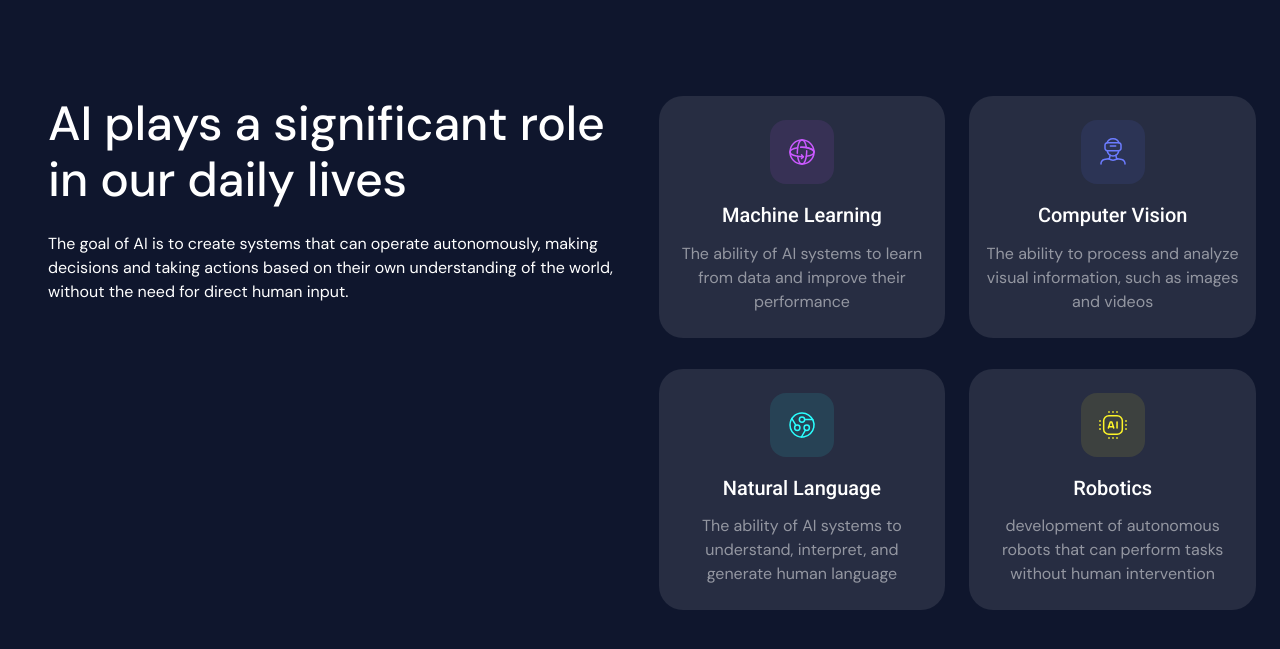
Repository: alphatra/INVO-Academy
Page: / (app in [lvl 1] Sekcja 4 obszarów AI/Starter-code/)
An editor plug-in stored every save of this project. The page is shown before and after a run of saves, followed by the edit.
The browser window is 1280 px wide. The pictures show the whole page.
The project was rebuilt for these pictures with package versions that can differ from the ones it lists, and the page was loaded fresh each time.

Above is the page before, as saved 2023-02-24 15:56:50.
Console error: TypeError: Cannot read properties of null (reading 'addEventListener')

### [lvl 1] Sekcja 4 obszarów AI/Starter-code/index.html
<!DOCTYPE html>
<html lang="en">

<head>
  <meta charset="UTF-8" />
  <link rel="icon" type="image/svg+xml" href="/vite.svg" />
  <meta name="viewport" content="width=device-width, initial-scale=1.0" />
  <title>INVO Academy JS Starter with Vite</title>
</head>

<!-- In order to start your challenge, remove all the content inside <div id="home-page"></div> and start coding :) -->

<body>
  <main>
    <section class="header">
      <div class="header__text">
        <h1>AI plays a significant role in our daily lives</h1>
        <span>The goal of AI is to create systems that can operate
          autonomously, making decisions and taking actions based on
          their own understanding of the world, without the need for direct human input.</span>
      </div>
    </section>

    <section class="categories">

      <div class="categories__category">
        <div class="categories__image">
          <img src="/public/images/ML.svg" alt="Machine Learning">
        </div>
        <h4>Machine Learning</h4>
        <span>The ability of AI systems to learn from data and improve their performance</span>
      </div>
      <div class="categories__category">
        <div class="categories__image">
          <img src="/public/images/CV.svg" alt="Computer Vision">
        </div>
        <h4>Computer Vision</h4>
        <span>The ability to process and analyze visual information, such as images and videos</span>
      </div>
      <div class="categories__category">
        <div class="categories__image">
          <img src="/public/images/NL.svg" alt="Natural Language">
        </div>
        <h4>Natural Language</h4>
        <span> The ability of AI systems to understand, interpret, and generate human language</span>
      </div>
      <div class="categories__category">
        <div class="categories__image">
          <img src="/public/images/AI.svg" alt="Robotics">
        </div>
        <h4>Robotics</h4>
        <span>development of autonomous robots that can perform tasks without human intervention</span>
      </div>
    </section>
  </main>


  <script type="module" src="/src/global-scripts/main.js"></script>
  <script type="module" src="/src/pages/home-page/scripts/home-page.js"></script>
</body>

</html>

### [lvl 1] Sekcja 4 obszarów AI/Starter-code/src/pages/home-page/scripts/home-page.js
/// Homepage JavaScript File
/// Here we import all the JavaScript files we need for our homepage.

import '../styles/home-page.scss'

import { setupCounter } from '../../../global-scripts/scripts/counter/counter.js'

setupCounter(document.querySelector('#counter'))

### [lvl 1] Sekcja 4 obszarów AI/Starter-code/src/global-styles/style.scss
/// Main Styles File
/// Here we import all the global Styles files we need for our project.

@import "styles/normalize.scss";
@import "styles/root.scss";
@import "styles/fonts.scss";

body {
  font-family: 'Roboto', sans-serif;
  color: var(--color-primary);
}

p {
  color: var(--color-on-surface);
}

### [lvl 1] Sekcja 4 obszarów AI/Starter-code/src/pages/home-page/styles/home-page.scss
    /// Homepage Styles File
    /// Here we import all the Styles files we need for our Homepage.

    body {
        background-color: #0F162D;
    }

    h1,
    p,
    span {
        font-family: 'DM Sans', sans-serif;
        color: white;
    }

    main {
        margin-top: 6em;
        padding: 0 24px;
        display: flex;
        align-items: flex-start;

    }

    .header {
        &__text {
            padding: 0 24px;
            h1 {
                margin-block-start: 0;
                font-size: 48px;
                line-height: 56px;
                font-weight: 500;
                letter-spacing: -0.002em;
                margin-bottom: 24px
            }

            span {
                font-size: 16px;
                line-height: 24px;
                font-weight: 400;
            }

        }
    }

    .categories {
        display: grid;
        grid-template-columns: repeat(2, 1fr) ;
        column-gap: 24px;
        row-gap: 31px;
        text-align: center;

        &__category {
            background: #272D42;
            border-radius: 24px;
            color: white;
            padding-top: 24px;
            padding-bottom: 24px;
            padding-left: 16px;
            padding-right: 16px;

            *{
            }

            h4 {
                font-size: 20px;
                line-height: 0px;
                font-weight: 500;
            }

            span {
                font-size: 16px;
                line-height: 24px;
                font-weight: 400;
                opacity: 0.5;
            }
        }
    }

### [lvl 1] Sekcja 4 obszarów AI/Starter-code/src/global-scripts/scripts/counter/counter.js
/// Sample js file for demo purposes
/// Remember to always export your functions
/// so that they can be used in other files

export function setupCounter(element) {
  let counter = 0
  const setCounter = (count) => {
    counter = count
    element.innerHTML = `script test - count is ${counter}`
  }
  element.addEventListener('click', () => setCounter(counter + 1))
  setCounter(0)
}

### [lvl 1] Sekcja 4 obszarów AI/Starter-code/src/global-styles/styles/root.scss
/// Root Styles file
/// Here we define all the root variables we need for our project.
/// For examples see Material Design color system: https://m2.material.io/design/color/the-color-system.html

:root {
    --color-primary: #5721f2;
    --color-on-surface: #000;
}

### [lvl 1] Sekcja 4 obszarów AI/Starter-code/src/global-styles/styles/fonts.scss
/// Main Fonts File
/// Here we import all the fonts files we need for our project.

@import url('https://fonts.googleapis.com/css2?family=Roboto:ital,wght@0,100;0,300;0,400;0,500;0,700;0,900;1,100;1,300;1,400;1,500;1,700;1,900&display=swap');
@import url('https://fonts.googleapis.com/css2?family=DM+Sans:wght@400;500&display=swap');

Loaded but not shown: [lvl 1] Sekcja 4 obszarów AI/Starter-code/src/global-scripts/main.js (common file); [lvl 1] Sekcja 4 obszarów AI/Starter-code/src/global-styles/styles/normalize.scss (common file)

After the next 2 saves:
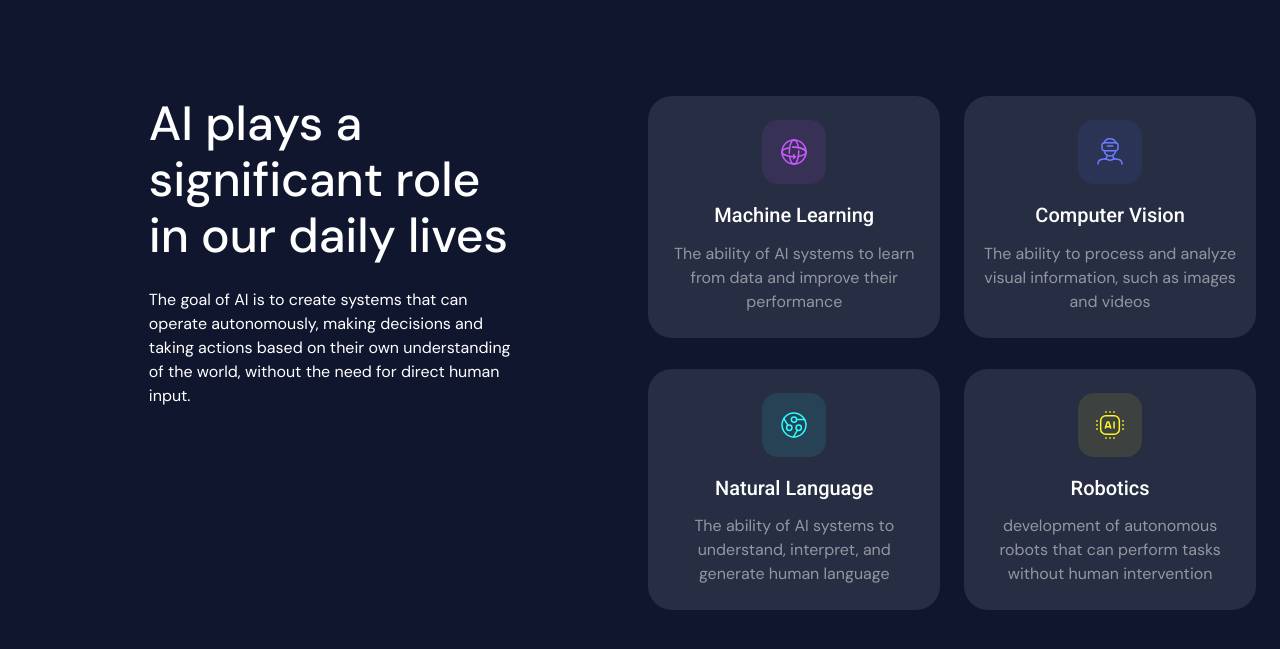
The 2 saves are shown as one change because they came seconds apart.
The last was saved 3 min 27 s later.
--- a/[lvl 1] Sekcja 4 obszarów AI/Starter-code/src/pages/home-page/styles/home-page.scss
+++ b/[lvl 1] Sekcja 4 obszarów AI/Starter-code/src/pages/home-page/styles/home-page.scss
@@ -22,7 +22,7 @@
 
     .header {
         &__text {
-            padding: 0 24px;
+            padding: 0 20%;
             h1 {
                 margin-block-start: 0;
                 font-size: 48px;
